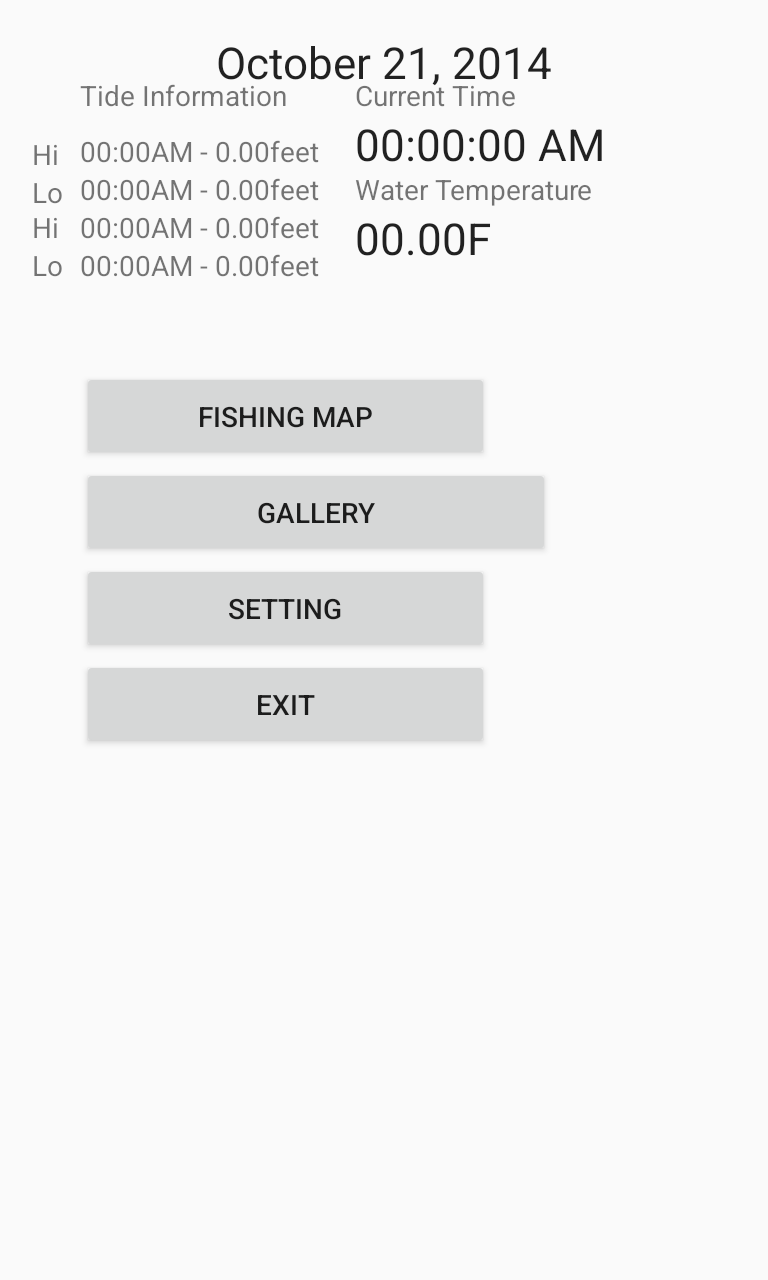
Repository: zerox2012/Fall2014Android
Layout: FishingBuddy/res/layout/activity_main_menu.xml
An editor plug-in stored every save of this project. The layout is shown before and after the next save, followed by the edit.
It is drawn on a 768 x 1280 px phone screen (xhdpi) without system bars, with theme AppTheme; the app's code is not run.

Above is the layout before, as saved 2014-10-20 22:10:09.

After the next save:
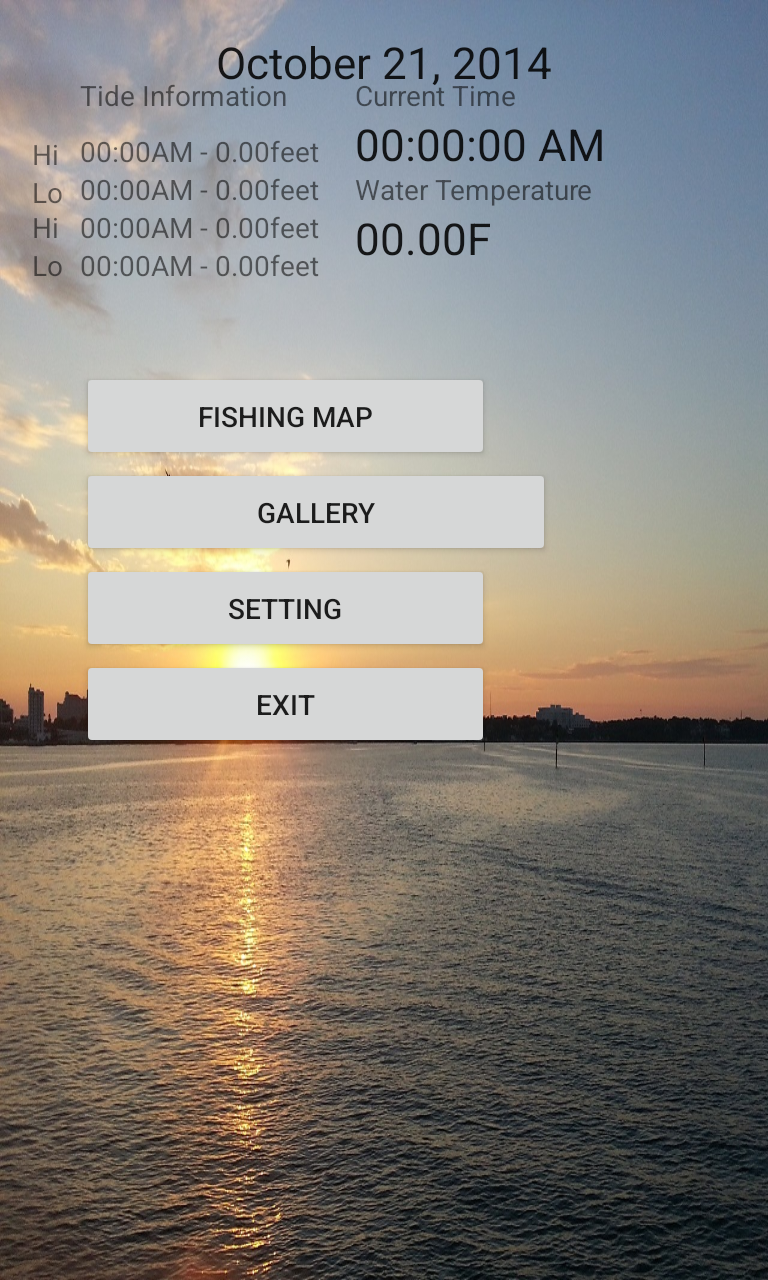
Saved 2 min 43 s later.
--- a/FishingBuddy/res/layout/activity_main_menu.xml
+++ b/FishingBuddy/res/layout/activity_main_menu.xml
@@ -2,6 +2,7 @@
     xmlns:tools="http://schemas.android.com/tools"
     android:layout_width="match_parent"
     android:layout_height="match_parent"
+    android:background="@drawable/menu"
     android:paddingBottom="@dimen/activity_vertical_margin"
     android:paddingLeft="@dimen/activity_horizontal_margin"
     android:paddingRight="@dimen/activity_horizontal_margin"
